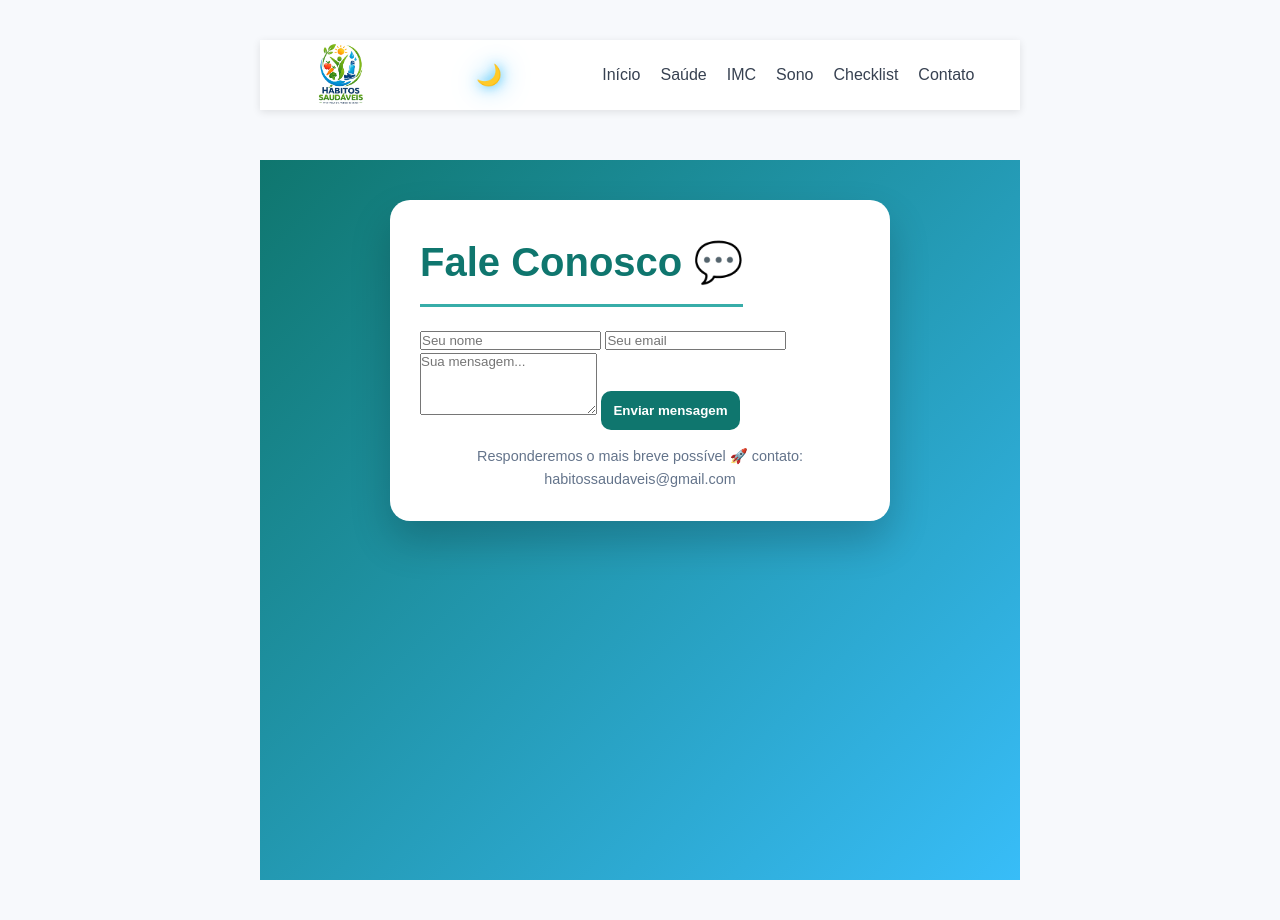
Repository: habitos2026/projetointegrador2026
Page: contato.html
The author's editor kept a copy of each file at every save. The page is drawn from the files as they stood at one save, then again after a run of saves.
The browser window is 1280 px wide. The pictures show the whole page.

Above is the page before, as saved 2026-06-10 23:11:37.

### contato.html
<!DOCTYPE html>
<html lang="pt-br">
<head>
<meta charset="UTF-8">
<meta name="viewport" content="width=device-width, initial-scale=1.0">
<title>Contato</title>

<link rel="stylesheet" href="estilos.css">

<style>

    :root {
            --cor-mente: #6a89cc;    /* Azul sereno */
            --cor-fisico: #38ada9;   /* Verde energia */
            --cor-agua: #4a69bd;     /* Azul hidratação */
            --cor-fundo: #f7f9fc;
        }

        /* Animação de Entrada */
        @keyframes fadeInUp {
            from {
                opacity: 0;
                transform: translateY(20px);
            }
            to {
                opacity: 1;
                transform: translateY(0);
            }
        }

        body {
            font-family: 'Segoe UI', Roboto, sans-serif;
            line-height: 1.6;
            background-color: var(--cor-fundo);
            color: #2f3542;
            max-width: 800px;
            margin: 0 auto;
            padding: 40px 20px;
        }

        header {
            text-align: center;
            margin-bottom: 50px;
            animation: fadeInUp 0.8s ease-out;
        }

        h1 {
            color: var(--cor-mente);
            font-size: 2.5rem;
            border-bottom: 3px solid var(--cor-fisico);
            display: inline-block;
            padding-bottom: 10px;
        }

        section {
            background: white;
            padding: 30px;
            border-radius: 15px;
            box-shadow: 0 10px 25px rgba(0,0,0,0.05);
            animation: fadeInUp 1s ease-out;
        }

        h2 {
            color: var(--cor-fisico);
            margin-top: 30px;
            display: flex;
            align-items: center;
            gap: 10px;
        }

/* ÁREA SÓ DO CONTATO */
.contato-page {
    background: linear-gradient(135deg, #0f766e, #38bdf8);
    min-height: 100vh;
    padding: 40px 10px;
}

/* CARD */
.contato-box {
    max-width: 500px;
    margin: auto;
    background: white;
    padding: 30px;
    border-radius: 20px;
    box-shadow: 0 20px 40px rgba(0,0,0,0.2);
    animation: subir 0.6s ease;
}

/* ANIMAÇÃO */
@keyframes subir {
    from {
        opacity: 0;
        transform: translateY(40px);
    }
    to {
        opacity: 1;
        transform: translateY(0);
    }
}

.contato-box h1 {
    text-align: center;
    color: #0f766e;
    margin-bottom: 20px;
}

/* FORM */
.contato-form {
    display: flex;
    flex-direction: column;
    gap: 15px;
}

.contato-form input,
.contato-form textarea {
    padding: 12px;
    border-radius: 10px;
    border: 1px solid #cbd5e1;
    outline: none;
    transition: 0.3s;
    font-size: 1rem;
}

.contato-form input:focus,
.contato-form textarea:focus {
    border-color: #0f766e;
    box-shadow: 0 0 8px rgba(15,118,110,0.3);
}

/* BOTÃO */
.contato-form button {
    padding: 12px;
    border: none;
    border-radius: 10px;
    background: #0f766e;
    color: white;
    font-weight: bold;
    cursor: pointer;
    transition: 0.3s;
}

.contato-form button:hover {
    background: #115e59;
    transform: scale(1.03);
    cursor: pointer;
}

.contato-box button{
    padding: 12px;
    margin: ;
    border: none;
    border-radius: 10px;
    background: #0f766e;
    color: white;
    font-weight: bold;
    cursor: pointer;
    transition: 0.3s;
}

/* TEXTO */
.info {
    text-align: center;
    margin-top: 15px;
    color: #64748b;
    font-size: 0.9rem;
}

</style>

</head>

<body>

<div id="menu"></div>

<div class="contato-page">

    <div class="contato-box">
        <h1>Fale Conosco 💬</h1>

        <form class= method="post">
            <input type="text" placeholder="Seu nome" required>
            <input type="email" placeholder="Seu email" required>
            <textarea rows="4" placeholder="Sua mensagem..." required></textarea>
            <button type="submit">Enviar mensagem</button>
        </form>

        <div class="info">
            Responderemos o mais breve possível 🚀  contato: habitossaudaveis@gmail.com
        </div>
    </div>

</div>

<script src="trabalho.js"></script>

</body>
</html>

### estilos.css
:root{
    --cinza245: rgb(245,245,245);
    --cinza220: rgb(220,220,220);
    --cinza128: rgb(128,128,128);
    --azul: rgb(0,80,120);
    --amarelo: yellow;
}

/* RESET */
*{
    margin:0;
    padding:0;
    box-sizing:border-box;
    font-family:Arial, sans-serif;
}

body{
    background:#f5f7fb;
    color:#1f2937;
}

/* HEADER */
header{
    background:white;
    height:70px;

    display:flex;
    align-items:center;
    justify-content:space-between;

    padding:0 6%;

    box-shadow:0 2px 8px rgba(0,0,0,0.1);
}

/* LOGO */
.logo{
    height:100%;
    width:auto;
}

/* MENU */
.menu{
    display:flex;
    align-items:center;
    gap:20px;
}

.menu a{
    text-decoration:none;
    color:#374151;
    transition: 0.5s;

}

.menu a:hover{
    color:#0f766e;
    text-shadow: 0 0 6px #01b3a4;
}

/* TOPO MENU MOBILE */
.topoMenu{
    display:none;
}

/* BOTÃO MENU */
.botaoMenu{
    border:none;
    background:transparent;

    display:none;
    flex-direction:column;

    gap:6px;

    cursor:pointer;
    transition:0.5s;
}

.botaoMenu div{
    width:28px;
    height:3px;

    background:black;
    transition:0.5s;
}

/* MAIN */
main{
    max-width:800px;

    margin:40px auto;

    background:white;

    padding:30px;

    border-radius:10px;
}

/* TEXTOS */
h1{
    color:#0f766e;
    margin-bottom:10px;
}

p{
    margin-bottom:15px;
}

/* BANNER */
.bannerIndexInicio{
    width:100%;
    height:300px;
    overflow:hidden;
}

.bannerIndexInicio img{
    width:100%;
    height:100%;

    object-fit:cover;
    display:block;
}

.bannerIndex{
    height:100%;

    display:flex;
    justify-content:center;

    overflow:hidden;

    aspect-ratio:16/9;
}

.bannerIndex img{
    width:70%;
    height:80%;

    object-fit:cover;
}

/* BOX ÁGUA */
.agua-box{
    background:#ecfeff;

    padding:20px;

    border-radius:15px;

    margin-bottom:20px;
}

.agua-box h2{
    color:#0f766e;
    margin-bottom:10px;
}

.agua-box input{
    width:100%;

    padding:10px;

    margin-bottom:10px;

    border-radius:8px;

    border:1px solid #ccc;
}

.agua-box button{
    width:100%;

    padding:12px;

    background:#0f766e;

    color:white;

    border:none;

    border-radius:8px;

    cursor:pointer;

    transition:0.5s;
}

.agua-box button:hover{
    background:#115e59;

    transform:scale(1.01);

    box-shadow:
    0 0 10px rgb(1, 255, 234),
    0 0 15px rgb(0, 173, 253);
}

#resultadoAgua{
    margin-top:10px;
    font-weight:bold;
}

/* LISTAS */
.listas{
    width:65%;

    display:grid;

    grid-template-columns:repeat(2, 1fr);

    gap:1rem;
}

/* IMAGENS SAÚDE */
.Saude .Imagem img{

    width:35%;

    height:auto;

    object-fit:cover;

    border-radius:15px;

    transition:0.4s;
}

.Saude .Imagem img:hover{

    transform:scale(1.05);

    box-shadow:
    0 0 10px cyan,
    0 0 20px cyan,
    0 0 40px cyan;
}

.imc-box{
    background:#0f766e;

    padding:20px;

    border-radius:20px;

    margin-top:3rem;


}

.imc-box input{
    width:100%;

    padding:10px;

    margin-bottom:10px;

    border-radius:8px;

    border:1px solid #ccc;
}

.imc-box button{
    width:100%;

    padding:12px;

    background: white;

    border: none;

    border-radius:8px;

    cursor:pointer;

    transition:0.5s;
}

.imc-box button:hover{
    background:#f0f0f0;

    transform:scale(1.002);

    box-shadow:
    0 0 6px rgb(1, 255, 234),
    0 0 8px rgb(0, 173, 253),
    0 0 15px  rgba(18, 165, 153);
}

#resultado{
    margin-top:20px;

    font-weight:bold;

    display: flex;

    flex-direction: column;

    align-items: center;

    gap: 10px;

}

#botaoFecharMenu{
    border:none;

    background:transparent;

    box-shadow: none;

    font-size:20px;

    cursor:pointer;

    transition: 0.5s;

    border-radius: 100px;

}


#botaoFecharMenu:hover{
    color: red;
    text-shadow:  0 0 11px rgb(255, 0, 0);
}

#botaoFecharMenu:active{
  animation: clickEffect 0.2s ease;
}


/* ===== BOTÃO TEMA ===== */

/* Tema CLARO ativo — botão mostra 🌙 — neon azul */
#btnTema {
    background: transparent;
    border: none;
    border-radius: 50%;
    width: 38px;
    height: 38px;
    font-size: 1.3rem;
    cursor: pointer;
    transition: all 0.3s;
    filter: drop-shadow(0 0 6px #38bdf8) drop-shadow(0 0 12px #7dd3fc);
}

#btnTema:hover {
    transform: scale(1.12) rotate(10deg);
    filter: drop-shadow(0 0 10px #38bdf8) drop-shadow(0 0 20px #7dd3fc);
}

/* Tema ESCURO ativo — botão mostra ☀️ — neon amarelo */
body.dark #btnTema {
    border: none;
    box-shadow: none;
    filter: drop-shadow(0 0 6px #f59e0b) drop-shadow(0 0 12px #fbbf24);
}

body.dark #btnTema:hover {
    transform: scale(1.2) rotate(50deg);
    filter: drop-shadow(0 0 10px #f59e0b) drop-shadow(0 0 20px #fbbf24);
}

/* ===== DARK MODE ===== */
body.dark {
    background: #0a0f1e;
    color: #e2e8f0;
}

body.dark header {
    background: #0d1b2a;
    box-shadow: 0 2px 8px rgba(0,0,0,0.5);
}

body.dark .menu {
    background: #0d1b2a;
}

body.dark .menu a {
    color: #94a3b8;
    border-bottom-color: #1e3a5f;
}

body.dark .menu a:hover {
    color: #7dd3fc;
    text-shadow: 0 0 6px #7dd3fc88;
}

body.dark main,
body.dark section {
    background: #0d1b2a;
    box-shadow: 0 4px 20px rgba(0,0,0,0.3);
}

body.dark .logo {
    filter: brightness(0.9) drop-shadow(0 0 6px rgba(56, 189, 248, 0.4));
    border-radius: 50%;
    background: transparent;
    mix-blend-mode: screen;
}

body.dark h1 {
    color: #38bdf8;
    text-shadow: 0 0 8px #38bdf855;
}

body.dark h2 {
    color: #7dd3fc;
    text-shadow: none;
}

body.dark .agua-box {
    background: #0d2137;
    border: 1px solid #1e3a5f;
}

body.dark .agua-box input,
body.dark .imc-box input,
body.dark .contato-form input,
body.dark .contato-form textarea {
    background: #0a0f1e;
    color: #e2e8f0;
    border-color: #1e3a5f;
}

body.dark .habit-item {
    background: #0d1b2a;
    color: #e2e8f0;
}

body.dark .barra {
    background: #1e293b;
}

body.dark .barra span {
    background: #38bdf8;
}

body.dark li {
    background: #0d1b2a;
    border-left-color: #38bdf8;
    color: #e2e8f0;
}

body.dark li:hover {
    background: #0d2137;
}

body.dark .contato-box {
    background: #0d1b2a;
}

body.dark .contato-form input,
body.dark .contato-form textarea {
    background: #0a0f1e;
    color: #e2e8f0;
    border-color: #1e3a5f;
}

body.dark footer {
    color: #475569;
}

@keyframes clickEffect {
  0% {
    transform: scale(1);
    text-shadow: 0 0 10px red;
  }
  50% {
    transform: scale(0.95);
    text-shadow: 0 0 20px red;
  }
  100% {
    transform: scale(1);
    text-shadow: 0 0 10px red;
  }
}

/* ANIMAÇÃO */
@keyframes subir{

    from{
        opacity:0;
        transform:translateY(-20px);
    }

    to{
        opacity:1;
        transform:translateY(0);
    }

}

/* MOBILE */
@media screen and (max-width:950px){

    .botaoMenu{
        display:flex;

        animation:subir 0.5s ease;
    }

    .botaoMenu:hover{
        transform: scale(1.03);
    }
    .botaoMenu:hover div{
        box-shadow: 0 10px 15px rgba(0,0,0,0.4);

    }

    .menu{
        position:fixed;

        top:0;
        right:-100%;

        width:80%;
        height:100vh;

        background:white;

        flex-direction:column;

        align-items:flex-start;

        padding:30px;

        transition: right 0.5s;

        z-index:999;
    }

    .menu a{
        width:100%;

        padding:12px 0;


        border-bottom:1px solid var(--cinza220);

        text-decoration:none;

        color:#374151;

        transition: 0.10s;

}

    .menu a:hover{
    color:#0f766e;
    text-shadow: 0 0 6px #01b3a4;
    border: #01b3a4 1px solid;
    transition: 0.5s;
}

    .topoMenu{
        display:flex;

        width:100%;

        justify-content:space-between;

        align-items:center;

        margin-bottom:30px;
    }

    .topoMenu button{
        border:none;

        background:transparent;

        font-size:20px;

        cursor:pointer;
    }

    main{
        margin:20px;
    }

    .bannerIndex img{
        width:100%;
        height:220px;
    }

    .listas{
        width:100%;

        grid-template-columns:1fr;
    }

    .Saude .Imagem img{
        width:100%;
    }
}

### trabalho.js
// ===== DARK MODE — roda ANTES de tudo =====
if (localStorage.getItem("tema") === "dark") {
    document.body.classList.add("dark");
}

// ===== MENU =====
fetch("menu.html")
.then(res => res.text())
.then(data => {

    document.getElementById("menu").innerHTML = data;

    // Botão tema
    const btnTema = document.getElementById("btnTema");
    btnTema.textContent = document.body.classList.contains("dark") ? "☀️" : "🌙";

    btnTema.addEventListener("click", () => {
        document.body.classList.toggle("dark");
        const temaDark = document.body.classList.contains("dark");
        localStorage.setItem("tema", temaDark ? "dark" : "light");
        btnTema.textContent = temaDark ? "☀️" : "🌙";
    });

    // Botões do menu mobile
    const abrir = document.querySelector(".botaoMenu");
    const fechar = document.querySelector("#botaoFecharMenu");
    const menu = document.querySelector("#menuNav");

    abrir.addEventListener("click", () => {
        menu.style.right = "0";
    });

    fechar.addEventListener("click", () => {
        menu.style.right = "-100%";
    });

});

// ===== RESTO DAS FUNÇÕES =====

function calc() {
    const checks = document.querySelectorAll('.habit-item input');
    let marcados = 0;

    checks.forEach(check => {
        if(check.checked) marcados++;
    });

    let porcentagem = (marcados / checks.length) * 100;

    document.getElementById("pct").innerText = Math.round (porcentagem) + "%";
    document.getElementById("bar").style.width = porcentagem + "%";

    const msg = document.getElementById("msg");
    const imgGif = document.getElementById("imgGif");

    if (porcentagem === 100) {

    msg.innerText = "Parabéns! Você completou todos os hábitos 🎉";

    lancarConfetes();

} else {

    msg.innerText = "";
    imgGif.innerHTML = "";

}
}

const data = document.getElementById("data");
if (data) {
    data.addEventListener("click", () => {
        data.showPicker();
    });
}

function calcularAgua() {
    const peso = parseFloat(document.getElementById("peso").value);
    const idade = parseInt(document.getElementById("idade").value);

    if (isNaN(peso) || peso <= 0 || isNaN(idade) || idade <= 0) {
        document.getElementById("resultadoAgua").innerText = "Por favor, preencha peso e idade corretamente.";
        return;
    }

    let mlPorKg;

    if (idade <= 17) mlPorKg = 40;
    else if (idade <= 55) mlPorKg = 35;
    else if (idade <= 65) mlPorKg = 30;
    else mlPorKg = 25;

    const totalMl = peso * mlPorKg;
    const totalLitros = (totalMl / 1000).toFixed(1);

    document.getElementById("resultadoAgua").innerText =
        `Você deve beber aproximadamente ${totalLitros}L de água por dia.`;
}

function lancarConfetes() {

    // Evita lançar várias vezes
    if (document.getElementById("confetes")) return;

    const canvas = document.createElement("canvas");
    canvas.id = "confetes";

    // Cobre a tela toda
    canvas.style.cssText = `
        position: fixed;
        top: 0;
        left: 0;
        width: 100%;
        height: 100%;
        pointer-events: none;
        z-index: 9999;
    `;

    document.body.appendChild(canvas);

    const ctx = canvas.getContext("2d");
    canvas.width = window.innerWidth;
    canvas.height = window.innerHeight;

    // Cores dos confetes
    const cores = [
        "#f59e0b", "#38bdf8", "#34d399",
        "#f472b6", "#a78bfa", "#fb923c"
    ];

    // Cria 150 confetes
    const confetes = Array.from({ length: 150 }, () => ({
        x: Math.random() * canvas.width,
        y: Math.random() * -canvas.height,
        w: Math.random() * 10 + 6,
        h: Math.random() * 5 + 3,
        cor: cores[Math.floor(Math.random() * cores.length)],
        velocidade: Math.random() * 4 + 2,
        angulo: Math.random() * 360,
        rotacao: Math.random() * 6 - 3,
        oscilacao: Math.random() * 2 - 1
    }));

    let frame;
    let tempo = 0;

    function animar() {
        ctx.clearRect(0, 0, canvas.width, canvas.height);
        tempo++;

        confetes.forEach(c => {
            c.y += c.velocidade;
            c.x += c.oscilacao;
            c.angulo += c.rotacao;

            ctx.save();
            ctx.translate(c.x, c.y);
            ctx.rotate((c.angulo * Math.PI) / 180);
            ctx.fillStyle = c.cor;
            ctx.fillRect(-c.w / 2, -c.h / 2, c.w, c.h);
            ctx.restore();
        });

        // Para após 4 segundos
        if (tempo < 240) {
            frame = requestAnimationFrame(animar);
        } else {
            cancelAnimationFrame(frame);
            canvas.remove();
        }
    }

    animar();
}

### menu.html
<header>

    <img class="logo" src="pasta-de-imagens/Logo.png" alt="Logo">

    <button id="btnTema" title="Alternar tema">🌙</button>

    <button class="botaoMenu">

        <div></div>
        <div></div>
        <div></div>

    </button>

    <nav id="menuNav" class="menu">

        <div class="topoMenu">

            <h3>Menu</h3>
            <button id="botaoFecharMenu">X</button>
            <button id="abrirMenu" class="botaoMenu"></button>

        </div>

        <a href="index.html">Início</a>
        <a href="saude.html">Saúde</a>
        <a href="imc.html">IMC</a>
        <a href="sono.html">Sono</a>
        <a href="checklist.html">Checklist</a>
        <a href="contato.html">Contato</a>

    </nav>

</header>

After the next 3 saves:
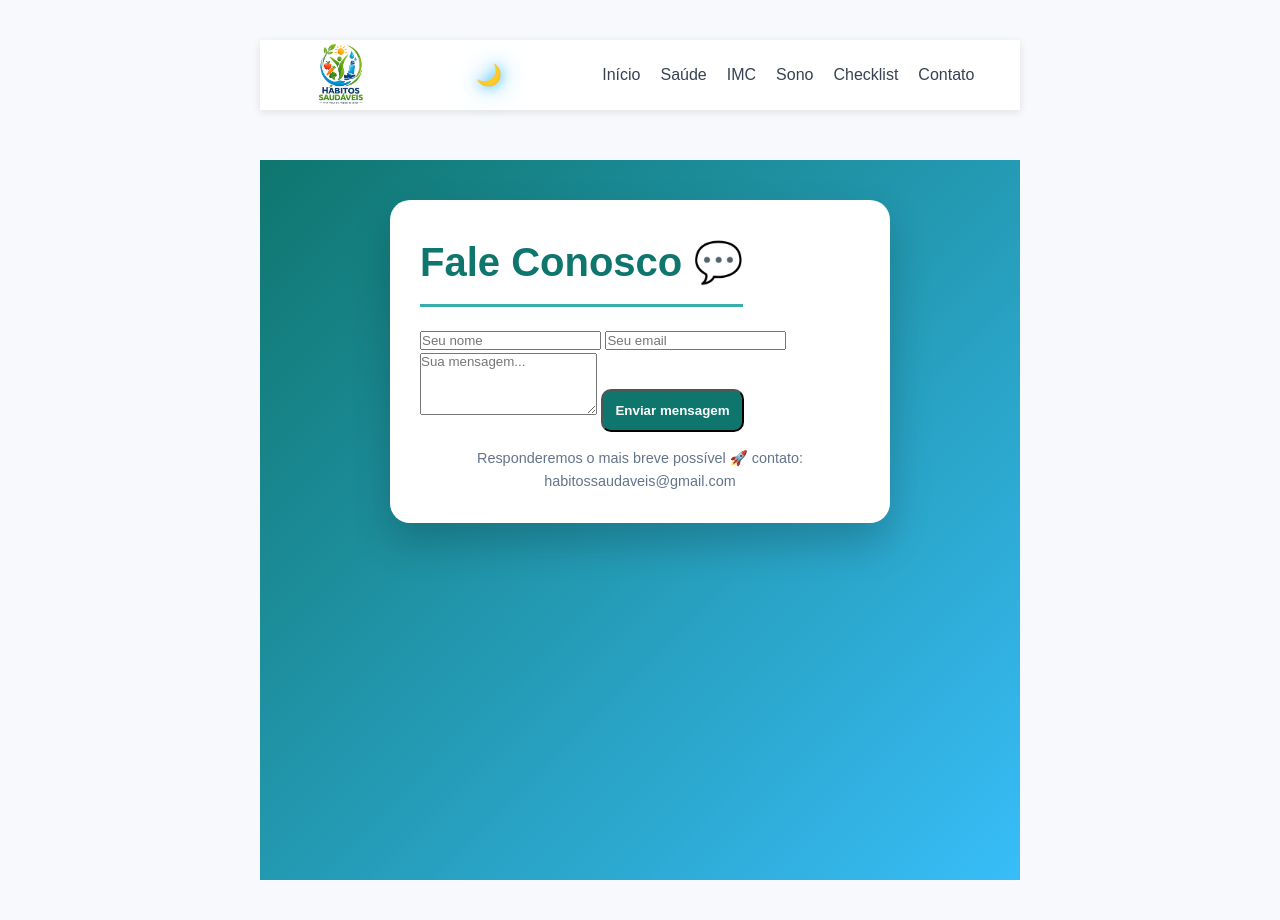
The 3 saves are shown as one change because they came seconds apart.
The last was saved 9 s later.
--- a/contato.html
+++ b/contato.html
@@ -147,7 +147,7 @@
 
 .contato-box button{
     padding: 12px;
-    margin: ;
+    margin:
     border: none;
     border-radius: 10px;
     background: #0f766e;
